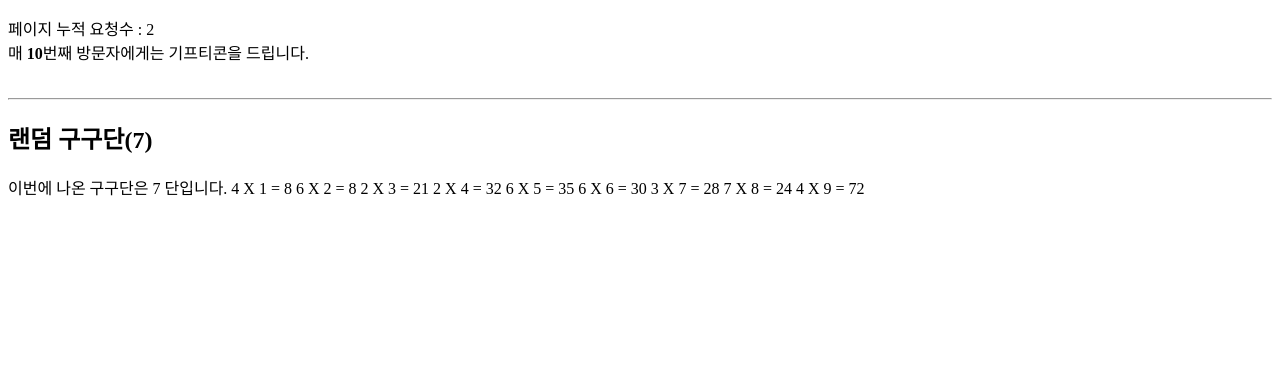
Repository: limbbbyoung/JSP_practice
Page: http://localhost/JSPbasic/jsptag/tag_quiz02.jsp
These files come from the project's save history. The page is drawn as it stood at one moment and after the next save; the edit follows.
The browser window is 1280 px wide. The pictures show the whole page.
The page is served by Tomcat 9.

Above is the page before, as saved 2022-03-23 10:19:43.

### JSPbasic/src/main/webapp/jsptag/tag_quiz02.jsp
<%@ page language="java" contentType="text/html; charset=UTF-8"
    pageEncoding="UTF-8"%>
<!DOCTYPE html>
<html>
<style>
</style>
<script>
</script>
<head>
<meta charset="UTF-8">
<title>Insert title here</title>
</head>
<body>
<%! int total = 1;
    int randomNum(){
    	int rn = (int)(Math.random()*7 + 2);
    	return rn;
    }
%>
<% total++; %>
     <p>
     페이지 누적 요청수 : <%= total %><br/>
     매 <b>10</b>번째 방문자에게는 기프티콘을 드립니다.<br/>
     <% if(total % 10 == 0){ %>
          당첨되셨습니다.
     <% } %>
     <br/>
     <hr/>
     <h2>랜덤 구구단(<%= randomNum() %>)</h2>
     이번에 나온 구구단은 <%= randomNum() %> 단입니다.
     <% for(int i = 1; i < 10; i++){ %>
    	 <%= randomNum() %> X <%= i %> = <%= randomNum() * i %>
     <% } %>




     </p>
</body>
</html>

After the next save:
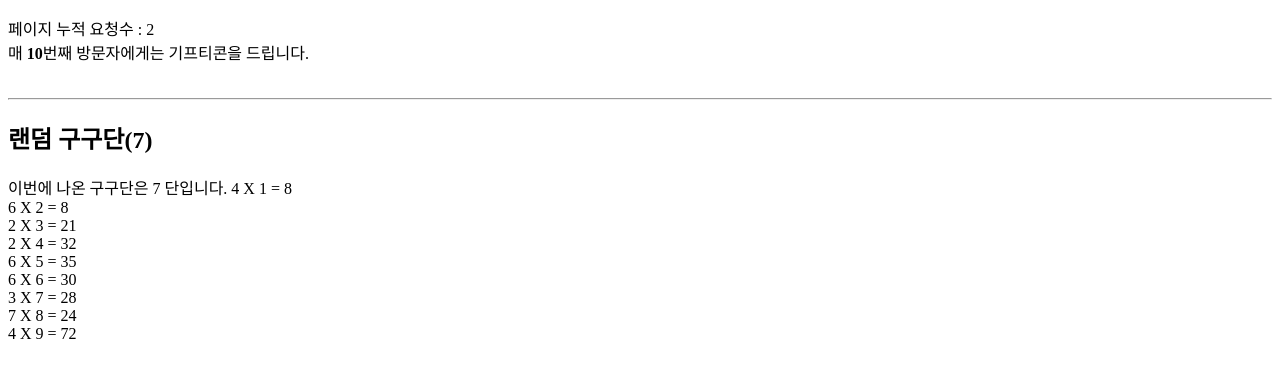
Saved 19 s later.
--- a/JSPbasic/src/main/webapp/jsptag/tag_quiz02.jsp
+++ b/JSPbasic/src/main/webapp/jsptag/tag_quiz02.jsp
@@ -29,7 +29,7 @@
      <h2>랜덤 구구단(<%= randomNum() %>)</h2>
      이번에 나온 구구단은 <%= randomNum() %> 단입니다.
      <% for(int i = 1; i < 10; i++){ %>
-    	 <%= randomNum() %> X <%= i %> = <%= randomNum() * i %>
+    	 <%= randomNum() %> X <%= i %> = <%= randomNum() * i %> <br/>
      <% } %>
 
 
